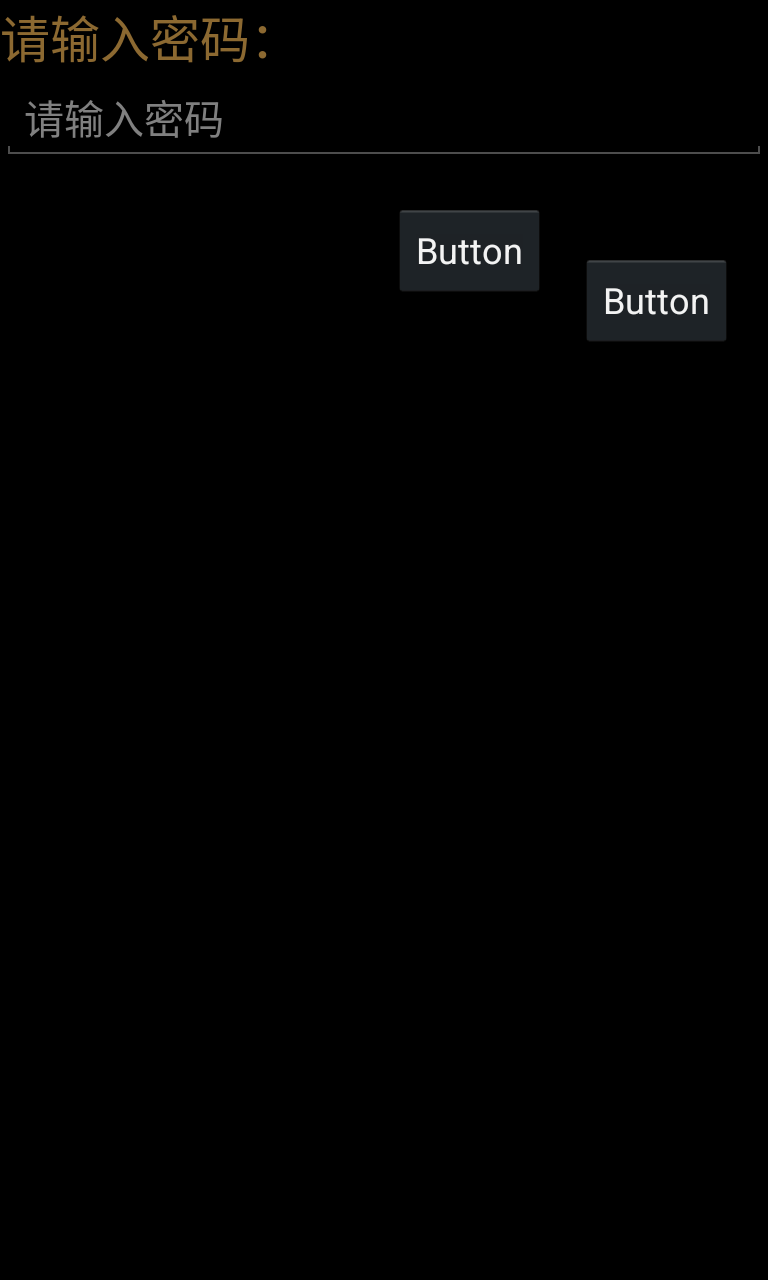
Repository: GuangmingChan/DevelopAndroidApp
Layout: demoButton/res/layout/main.xml
The author's editor kept a copy of each file at every save. The layout is drawn from the files as they stood at one save, then again after the next save.
It is drawn on a 768 x 1280 px phone screen (xhdpi) without system bars, with theme android:Theme.Holo; the app's code is not run.

Above is the layout before, as saved 2017-03-09 15:01:10.

### demoButton/res/layout/main.xml
<?xml version="1.0" encoding="utf-8"?>
<RelativeLayout xmlns:android="http://schemas.android.com/apk/res/android"
    android:layout_width="fill_parent"
    android:layout_height="fill_parent"
    android:orientation="vertical" >

    <TextView
        android:id="@+id/tvlogin"
        android:layout_width="fill_parent"
        android:layout_height="wrap_content"
        android:textSize="25sp"
        android:textColor="#8c6931"
        android:text="请输入密码：" />

    <EditText
        android:id="@+id/edpwd"
        android:layout_width="fill_parent"
        android:layout_height="wrap_content"
		android:hint="请输入密码"
		android:textSize="20sp"
		android:inputType="textPassword"
        android:layout_below="@id/tvlogin" />


    <Button
        android:id="@+id/button1"
        android:layout_width="wrap_content"
        android:layout_height="wrap_content"
        android:layout_alignParentRight="true"
        android:layout_below="@+id/edpwd"
        android:layout_marginRight="17dp"
        android:layout_marginTop="45dp"
        android:text="Button" />

    <Button
        android:id="@+id/button2"
        android:layout_width="wrap_content"
        android:layout_height="wrap_content"
        android:layout_below="@+id/edpwd"
        android:layout_marginRight="16dp"
        android:layout_marginTop="20dp"
        android:layout_toLeftOf="@+id/button1"
        android:text="Button" />

</RelativeLayout>

After the next save:
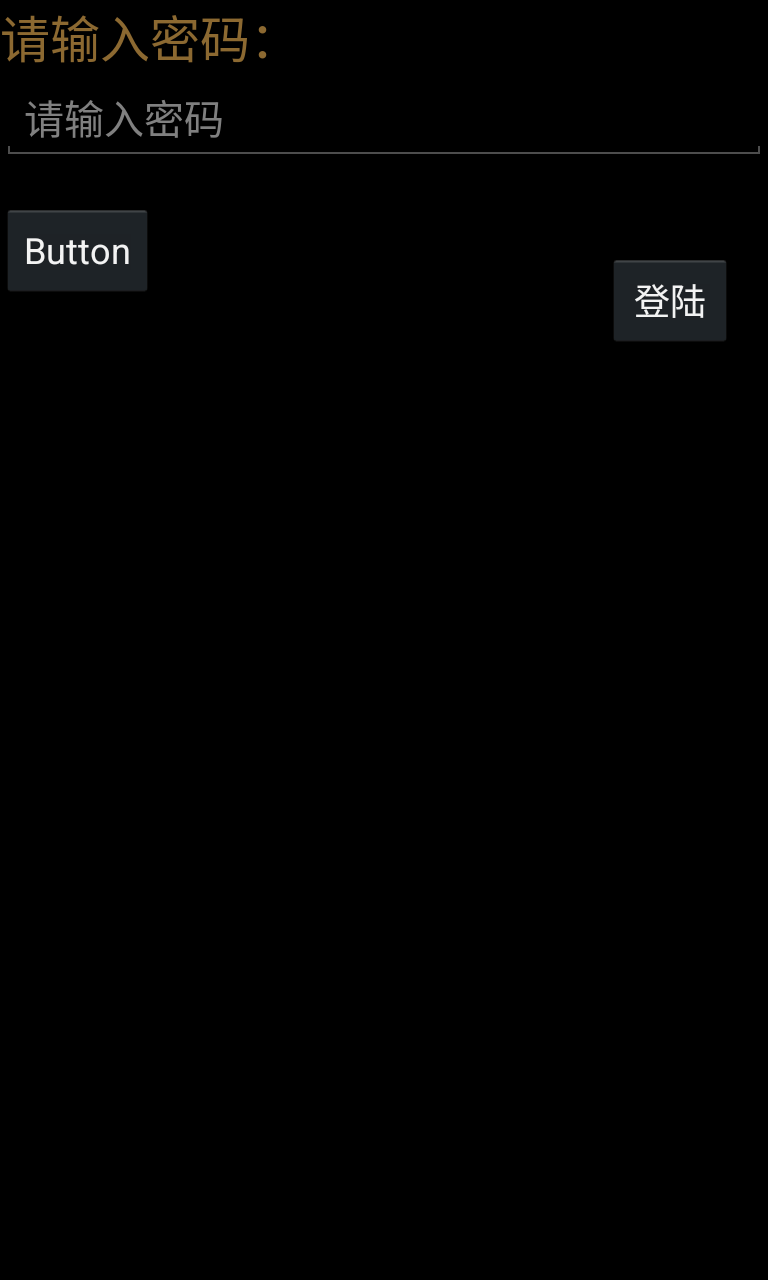
Saved 23 s later.
--- a/demoButton/res/layout/main.xml
+++ b/demoButton/res/layout/main.xml
@@ -23,14 +23,14 @@
 
 
     <Button
-        android:id="@+id/button1"
+        android:id="@+id/btLogin"
         android:layout_width="wrap_content"
         android:layout_height="wrap_content"
         android:layout_alignParentRight="true"
         android:layout_below="@+id/edpwd"
         android:layout_marginRight="17dp"
         android:layout_marginTop="45dp"
-        android:text="Button" />
+        android:text="登陆" />
 
     <Button
         android:id="@+id/button2"
